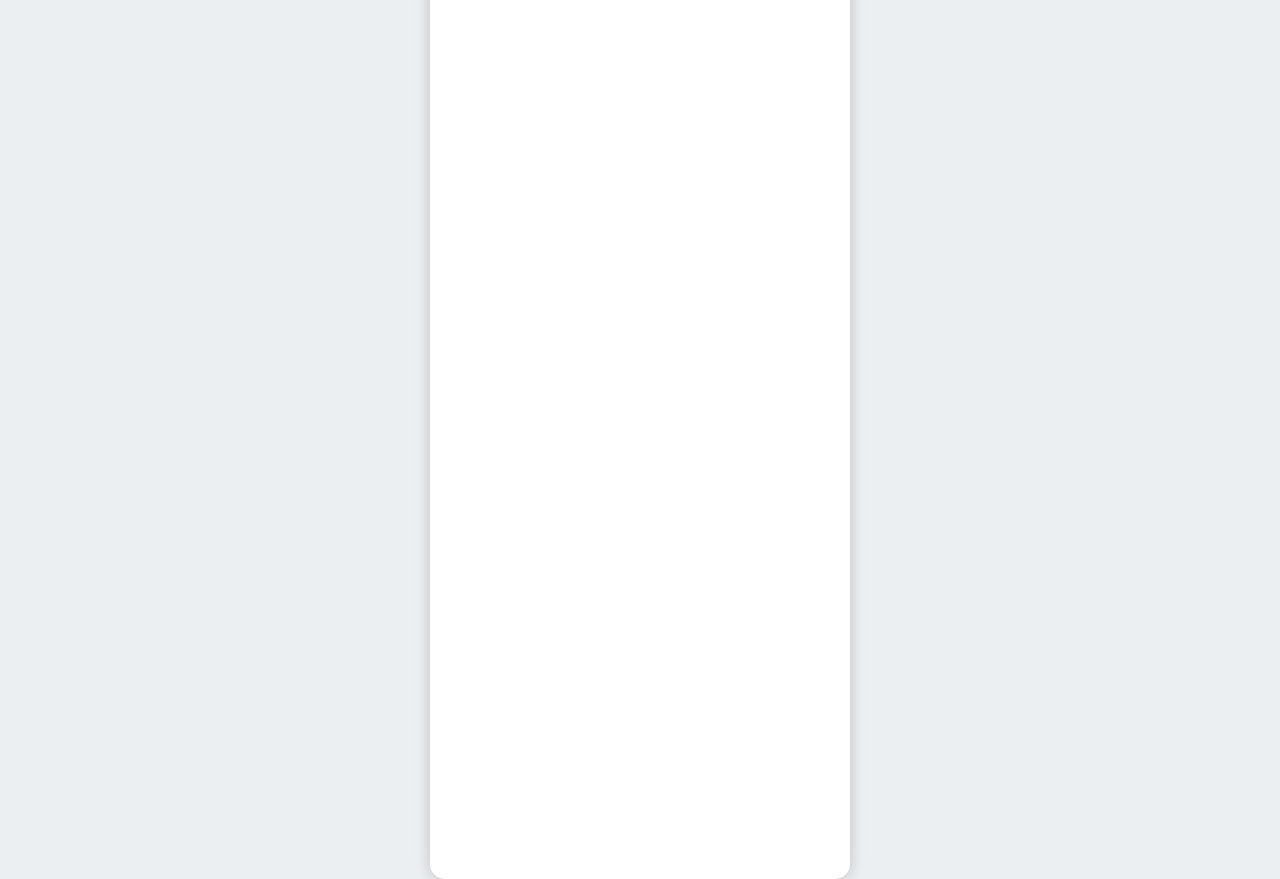
Repository: nt269782-web/Offline-ChatBot
Page: front.html
These files come from the project's save history. The page is drawn as it stood at one moment and after the next save; the edit follows.
The browser window is 1280 px wide. The pictures show the whole page.

Above is the page before, as saved 2026-07-07 15:06:57.

### front.html
<!DOCTYPE html>
<html lang="en">
<head>
    <meta charset="UTF-8">
    <meta name="viewport" content="width=device-width, initial-scale=1.0">
    <title>Document</title>
    <style>
        body{
            background: #eceff1;
            display: flex;
            justify-content: center;
            align-items: center;
            height: 110vh;
        }
        .chat-container {
            width: 420px;
            height: 950px;
            overflow: hidden;
            background:#fff;
            border-radius:15px;
            box-shadow:0 0 15px rgba(0,0,0,.2)


        }
    </style>
</head>

<body>
    <div class="chat-container">

    </div>
</body>
</html>

After the next save:
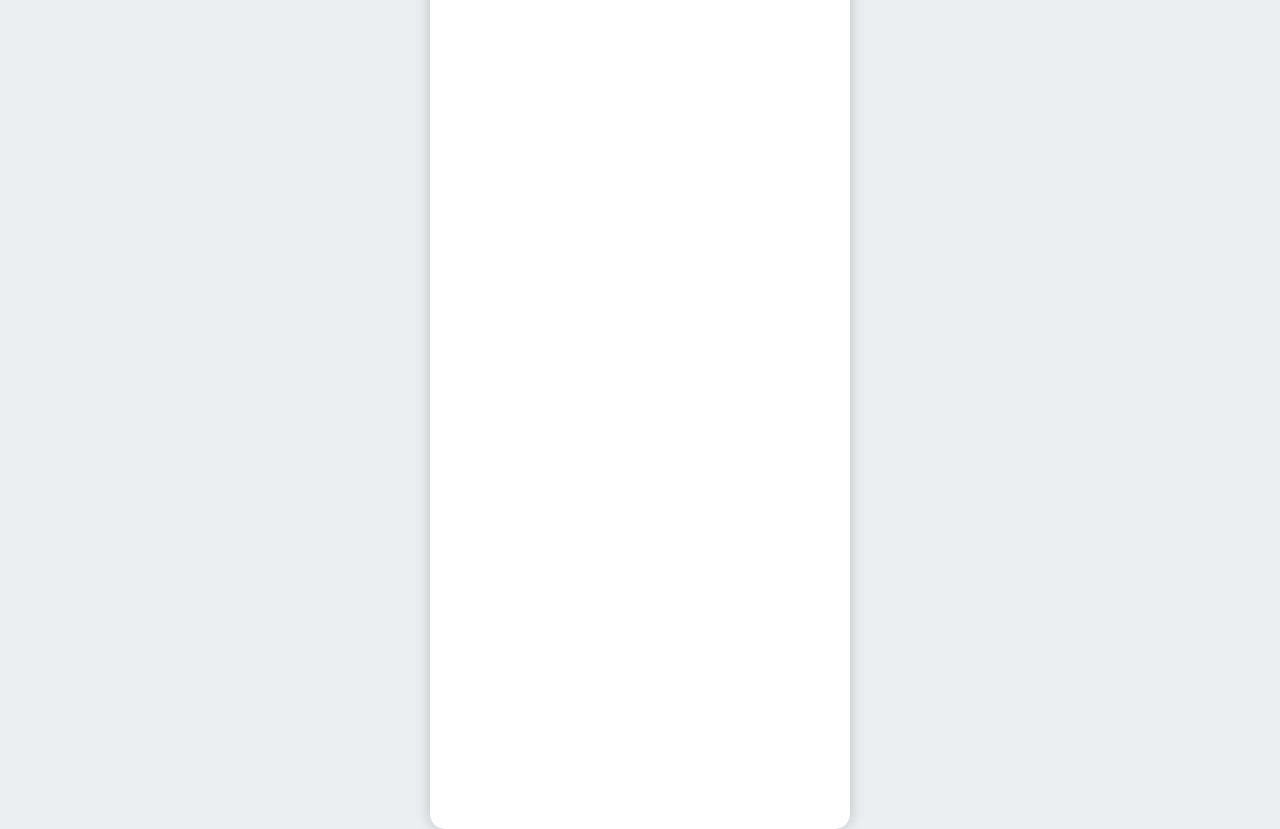
Saved 10 s later.
--- a/front.html
+++ b/front.html
@@ -14,7 +14,7 @@
         }
         .chat-container {
             width: 420px;
-            height: 950px;
+            height: 850px;
             overflow: hidden;
             background:#fff;
             border-radius:15px;
